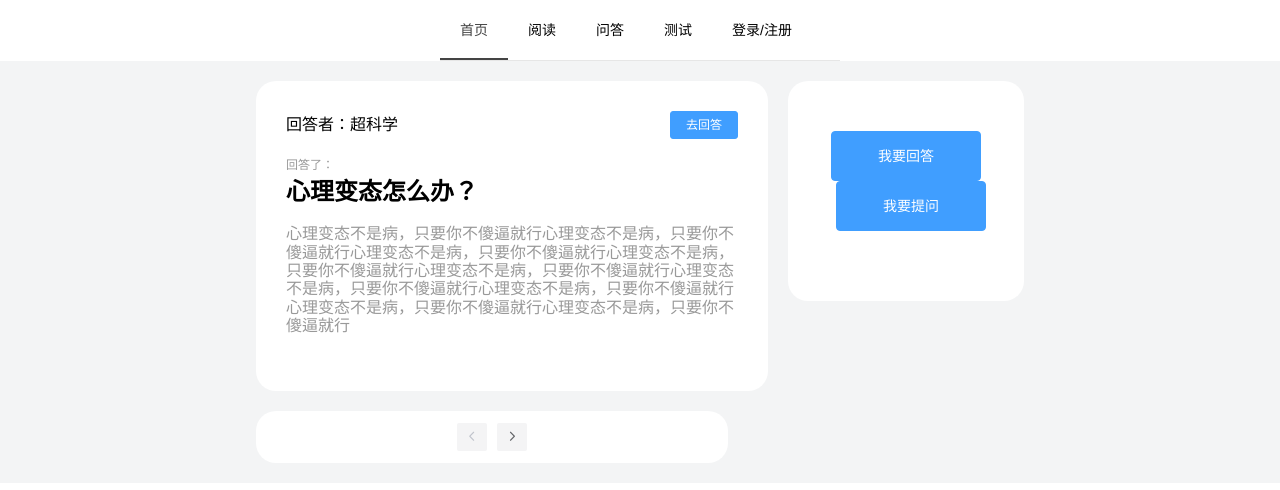
Repository: shengligo/xyx_vue_v1
Page: /qs
The author's editor kept a copy of each file at every save. The page is drawn from the files as they stood at one save, then again after the next save.
The browser window is 1280 px wide. The pictures show the whole page.
The page's requests for data from a server got no answer. The project was rebuilt for these pictures with package versions that can differ from the ones it lists, and the page was loaded fresh each time. No one was signed in, and anything a server would have sent is missing. Also part of the build but not shown: vue.config.js, src/views/home/childComps/Art.vue, src/views/author/authors.vue, src/views/questions/QuestionDetail.vue.

Above is the page before, as saved 2021-09-04 17:18:16.

### public/index.html
<!DOCTYPE html>
<html lang="">
  <head>
    <meta charset="utf-8">
    <meta http-equiv="X-UA-Compatible" content="IE=edge">
    <meta name="viewport" content="width=device-width,initial-scale=1.0">
    <link rel="icon" href="<%= BASE_URL %>favicon.ico">
    <title>project0000001</title>
  </head>
  <body>
    <noscript>
      <strong>We're sorry but <%= htmlWebpackPlugin.options.title %> doesn't work properly without JavaScript enabled. Please enable it to continue.</strong>
    </noscript>
    <div id="app"></div>
    <!-- built files will be auto injected -->
  </body>
</html>

### src/main.js
import Vue from 'vue'
import App from './App.vue'
import router from './router'
import store from './store'
import 'element-ui/lib/theme-chalk/index.css';
import axios from "axios";
axios.defaults.baseURL = "/api"; // http://10.1.2.85:8091/essay
axios.defaults.headers.common["Content-Type"] ="application/json;charset=UTF-8";
axios.defaults.withCredentials = true // 表示跨域请求时是否需要使用凭证
Vue.prototype.$ajax = axios;
import ElementUI from 'element-ui'

Vue.config.productionTip = false
Vue.use(ElementUI)

new Vue({
  router,
  store,
  render: h => h(App)
}).$mount('#app')

### src/App.vue
<template>
  <div id="app">
    <nav-bar ></nav-bar>
    <!-- <carousel></carousel> -->
    <!-- <art></art> -->


    <router-view></router-view>

  </div>
</template>
<script>

import NavBar from './components/common/NavBar'
import Art from '@/views/home/childComps/Art'
// import Carousel from '@/components/common/Carousel'


export default {
  name: "app",
  components:{
    NavBar,
    Art,




  }
};
</script>



<style>
@import url('assets/css/normalize.css');
#app{
  font-family: "Helvetica Neue",Helvetica,"PingFang SC","Hiragino Sans GB","Microsoft YaHei","微软雅黑",Arial,sans-serif;
}



</style>

### src/router/index.js

import Vue from 'vue'
import VueRouter from 'vue-router'
import Write from '../views/author/authors.vue'
import quesDetail from '../views/questions/QuestionDetail.vue'

const Home = () => import('../views/home/Home')

const Question = () => import('../views/questions/Question')
const Read = () => import('../views/read/Read')
const ReadDetail = () => import('../views/read/ReadDetail')
const Test = () => import('../views/testing/Test')
const Login = () => import('../components/common/login/Login')
const originalPush = VueRouter.prototype.push

VueRouter.prototype.push = function push(location) {
  return originalPush.call(this, location).catch(err => err)
}
// fksdljfkjdsjflsdjlfja
Vue.use(VueRouter)

const routes = [
  {
    path: '/',
    name: 'Home',
    component: Home
  },
  {
    path: '/write',
    component: Write
  },
  // {
  //   path: '/home',
  //   name: 'Home',
  //   component: Home
  // },
  {
    path: '/quesDetail/:id',
    name: 'quesDetail',
    component: quesDetail
  },
  {
    path:'/qs',
    name:'Qs',
    component:Question
  },
  {
    path:'/read',
    name:'Read',
    component:Read,
  },
  {
    path: '/ReadDetail',
      name: 'ReadDetail',
      component:ReadDetail,
  },
  {
    path:'/test',
    name:'Test',
    component:Test
  },
  {
    path:'/login',
    name:'Login',
    component:Login
  }
]

const router = new VueRouter({
  mode: 'history',
  base: process.env.BASE_URL,
  routes
})

export default router

### src/store/index.js
import Vue from 'vue'
import Vuex from 'vuex'

Vue.use(Vuex)

export default new Vuex.Store({
  state: {
    activeIndex:'1',
    baceUrl: 'http://10.1.2.85:8091/'
  },
  mutations: {
    ChangeActive (state,index) {
      // console.log(state,index)
      state.activeIndex = index
    }
  },
  actions: {
  },
  modules: {
  }
})

### src/components/common/NavBar.vue
<template>
  <div>
     <div class="nav">

       <el-menu
          :default-active="$store.state.activeIndex"
          class="el-menu-demo"
          mode="horizontal"
          text-color="#000000"
          active-text-color="#444444"
        >
          <el-menu-item index="1" @click="itemclick">首页</el-menu-item>
          <el-menu-item index="2" @click="itemclick2">阅读</el-menu-item>
          <el-menu-item index="3" @click="itemclick3">问答</el-menu-item>
          <el-menu-item index="4" @click="itemclick4">测试</el-menu-item>
          <el-menu-item index="5" @click="itemclick5">登录/注册</el-menu-item>
        </el-menu>

     </div>

  </div>
</template>

<script>


export default {

  name: "navbar",
  data() {
    return {
    }
  },
  methods:{
    itemclick(){
      console.log('itemclick');
      this.$router.push("/")
    },
    itemclick2(){
      this.$router.push("/read")
    },
    itemclick3(){
      this.$router.push("./qs")
    },
    itemclick4(){
      this.$router.push('./test')
    },
    itemclick5(){
      this.$router.push('/login')
    }

  },

};
</script>

<style scoped>
.nav{

  margin: 0 auto;
  /* background-color: rgba(217, 221, 221, 0.918);
   */
   /* background-color: #5880A9; */
  padding: 0;


}
.nav>.el-menu{
  width: 400px;
  margin: 0 auto;
  /* background-color: rgba(217, 221, 221, 0.918); */
}

</style>

### src/views/questions/Question.vue
<template>
  <div id="question">
    <div class="bodyCenter">
      <div class="bodyright">
        <div v-for="(item, index) in results" :key="index" class="rightbox" @click="goAnswer(item.quizId)">
          <div>
            <div class="answerer">
              <span>回答者：{{ item.answerer }}</span>
              <el-button type="primary" size="mini">去回答</el-button>
            </div>
            <div class="time">{{item.createTime}} 回答了：</div>
            <h2 class="title">{{ item.title }}</h2>
            <div class="answerContent">{{ item.answerContent }}</div>
          </div>
        </div>
        <div class="pagination">
          <el-pagination background layout="prev, pager, next" :total="total">
          </el-pagination>
        </div>
      </div>


      <div class="bodyleft">
        <div class="leftbox">
          <div class="leftboxbutton">
            <el-button type="primary">我要回答</el-button>
            <el-button type="primary">我要提问</el-button>
          </div>
        </div>
      </div>
    </div>
  </div>
</template>

<script>
export default {
  name: "question",
  data() {
    return {
      results: [
        {
          title: "心理变态怎么办？",
          quizzer: "花开富贵",
          quizContent: "心理超级变态是不是没救了",
          quizType: null,
          status: null,
          label: null,
          total:10,
          answerer: "超科学",
          answerContent:
            "心理变态不是病，只要你不傻逼就行心理变态不是病，只要你不傻逼就行心理变态不是病，只要你不傻逼就行心理变态不是病，只要你不傻逼就行心理变态不是病，只要你不傻逼就行心理变态不是病，只要你不傻逼就行心理变态不是病，只要你不傻逼就行心理变态不是病，只要你不傻逼就行心理变态不是病，只要你不傻逼就行",
          likePoint: 0
        }
      ]
    };
  },
  mounted() {
    this.getData();
  },
  methods: {
    async getData() {
      var params = {
        pageNum:1,
          pageSize:10
      };
      // $ajax请求
      const url = "quiz/getAnswerList";
      await this.$ajax
        .get(url, {params})
        .then(res => {
          const { data } = res;
          console.log(data);
          if (data.code === "000000") {
            // this.$message.success("加载完成");
            this.results =  data.data.results || []
          } else {
            this.$message.error("暂无权限");
          }
        })
        .catch(() => {
          this.$message.error("网络异常");
        });
    },
    goAnswer(id) {
      this.$router.push(`/quesDetail/${id}`)
    }
  }
};
</script>

<style scoped>
#question {
  width: 100%;
  height: 100%;
  padding-top: 20px;
  background-color: rgb(243, 244, 245);
}
.bodyCenter {
  width: 60%;
  /* height: 500px; */
  margin: 0 auto;
  display: flex;
  /* border: 1px solid red; */
}
.bodyright {
  /* border: 1px solid blue; */
  /* width: 40%; */
  flex: 2;
  /* height: 500px; */
}
.bodyleft {
  /* border: 1px solid blue; */
  /* width: 20%; */
  flex: 1;
  /* height: 500px; */
}
.rightbox {
  height: 250px;
  width: calc(100% - 60px);
  padding: 30px;
  margin-bottom: 20px;
  border-radius: 20px;
  background-color: #fff;
}
.answerer {
  display: flex;
  justify-content: space-between;
  line-height: 28px;
}
.time {
  margin-top: 20px;
  font-size: 12px;
  color: #999;
}
.title {
  margin-top: 5px;
}
.answerContent {
  color: #999;
}
.leftbox {
  margin-left: 20px;
  padding: 50px 10px;
  height: 120px;
  border-radius: 20px;
  background-color: #fff;
}
.leftboxbutton {
  text-align: center;
}
.leftboxbutton button {
  width: 150px;
  height: 50px;
}
.pagination {
  width: calc(100% - 60px);
  padding: 10px;
  text-align: center;
  margin-bottom: 20px;
  border-radius: 20px;
  background-color: #fff;
}
</style>

Loaded but not shown: src/assets/css/normalize.css (library)

After the next save:
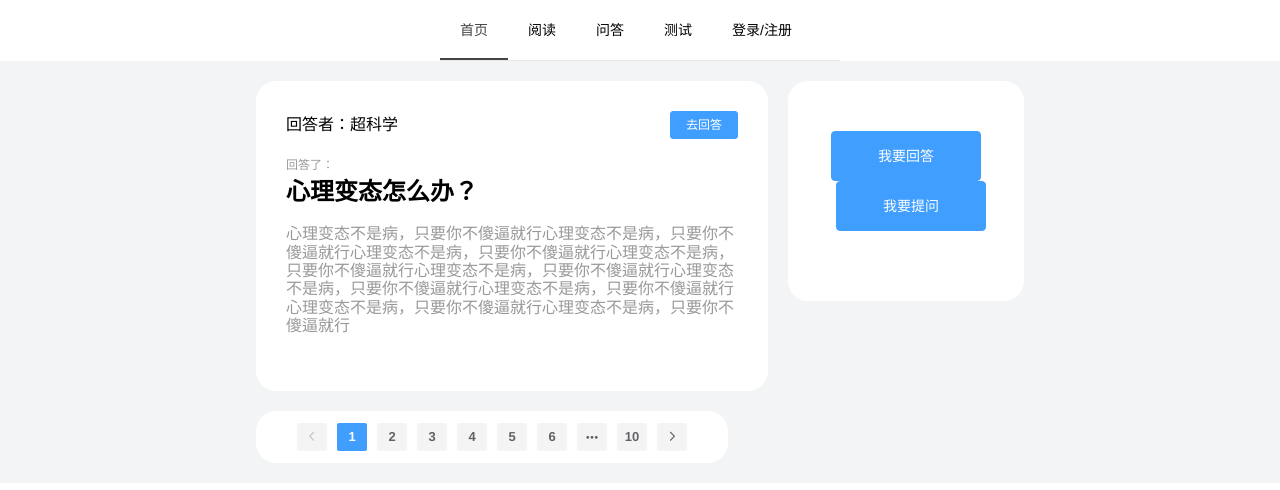
Saved 8 s later.
--- a/src/views/questions/Question.vue
+++ b/src/views/questions/Question.vue
@@ -14,7 +14,7 @@
           </div>
         </div>
         <div class="pagination">
-          <el-pagination background layout="prev, pager, next" :total="total">
+          <el-pagination background layout="prev, pager, next" :total="100">
           </el-pagination>
         </div>
       </div>

After the save that followed:
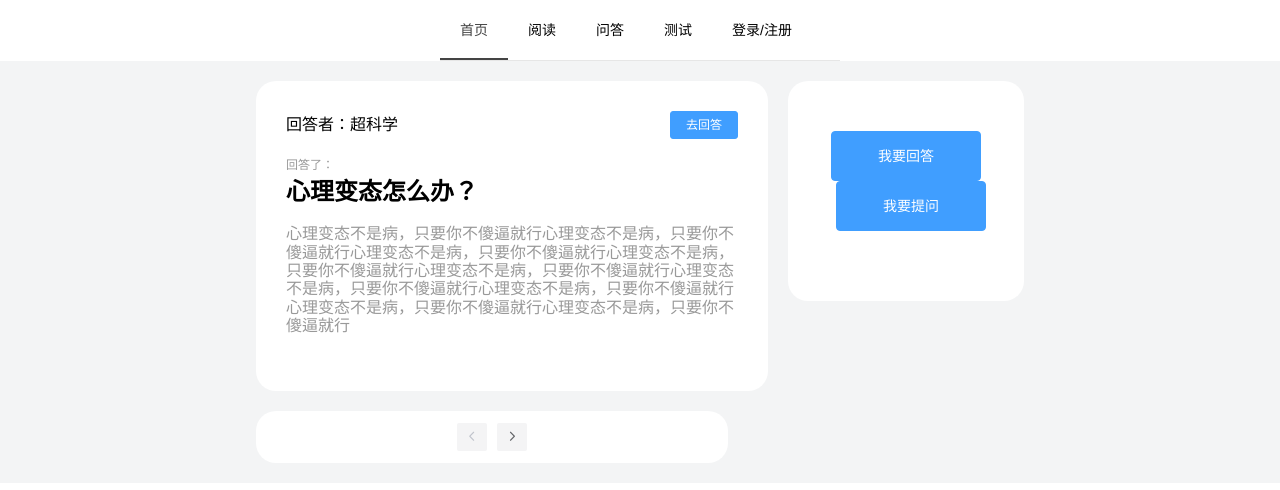
Saved 117 s later.
--- a/src/views/questions/Question.vue
+++ b/src/views/questions/Question.vue
@@ -14,7 +14,7 @@
           </div>
         </div>
         <div class="pagination">
-          <el-pagination background layout="prev, pager, next" :total="100">
+          <el-pagination background layout="prev, pager, next" :total="total">
           </el-pagination>
         </div>
       </div>
@@ -37,6 +37,7 @@
   name: "question",
   data() {
     return {
+      total:'',
       results: [
         {
           title: "心理变态怎么办？",
@@ -72,6 +73,7 @@
           console.log(data);
           if (data.code === "000000") {
             // this.$message.success("加载完成");
+            this.total = data.totalRecord || 0
             this.results =  data.data.results || []
           } else {
             this.$message.error("暂无权限");
